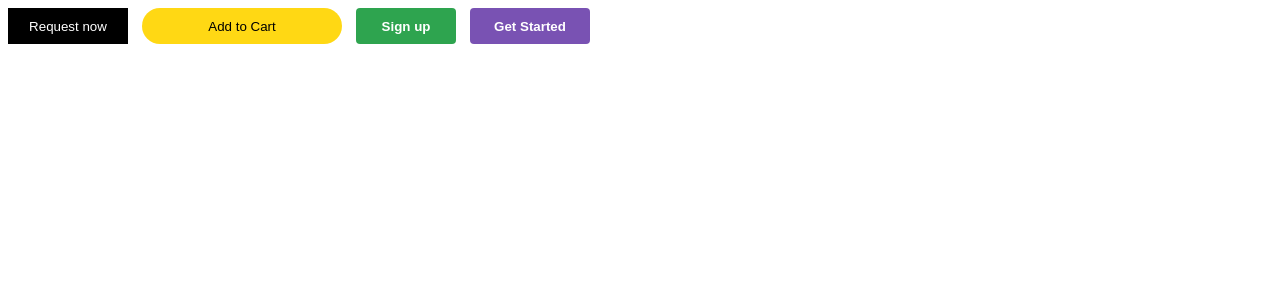
Repository: Kurumilli/Youtube
Page: Exercise2.html
These files come from the project's save history. The page is drawn as it stood at one moment and after the next save; the edit follows.
The browser window is 1280 px wide. The pictures show the whole page.

Above is the page before, as saved 2025-01-23 20:40:58.

### Exercise2.html
<html>
    <body>
        <style>
            .uber{
                background-color: black;
                color: white;
                height:36px;
                border: none;
                width: 120px;
                margin-bottom: 10px;
                cursor: pointer;
                margin-right: 10px;
            }

            .amazon{
                background-color: rgb(255,216,20);
                height: 36px;
                width: 200px;
                border-radius: 18px;
                border: none;
                cursor: pointer;
                margin-right: 10px;
            }

            .Github{
                background-color: rgb(46,164,79);
                color: White;
                border: none;
                height: 36px;
                width: 100px;
                cursor: pointer;
                border-radius: 4px;
                font-weight: bold;
                margin-right: 10px;
            }

            .bootstrap{
                background-color: rgb(121,82,179);
                color: white;
                height: 36px;
                width: 120px;
                border: none;
                cursor: pointer;
                font-weight: bold;
                border-radius: 4px;
            }
        </style>

        <button class="uber">
                Request now
        </button>

        <button class="amazon">
            Add to Cart
        </button>

        <button class="Github">
            Sign up
        </button>

        <button class="bootstrap">
            Get Started
        </button>

    </body>
</html>

After the next save:
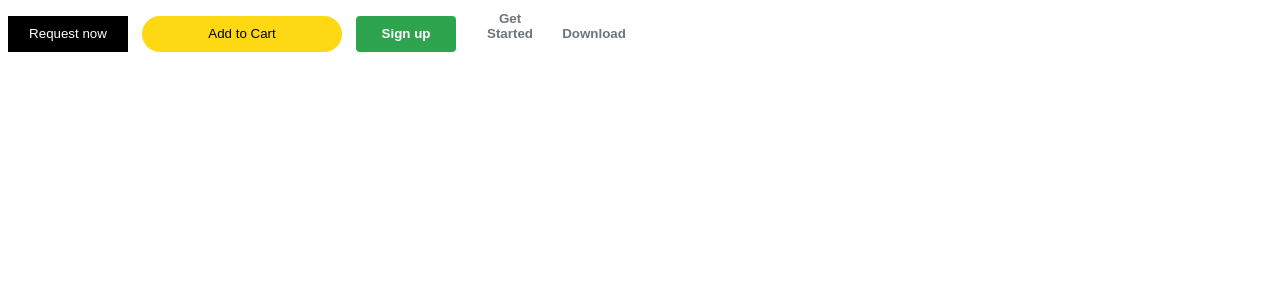
Saved 2 min 32 s later.
--- a/Exercise2.html
+++ b/Exercise2.html
@@ -44,6 +44,17 @@
                 font-weight: bold;
                 border-radius: 4px;
             }
+
+            .Bootstrap{
+                color: rgb(108,117,125);
+                background-color: white;
+                height: 36px;
+                width: 80px;
+                cursor: pointer;
+                border-radius: 4px;
+                border-width: 1px;
+
+            }
         </style>
 
         <button class="uber">
@@ -62,5 +73,9 @@
             Get Started
         </button>
 
+
+        <button class="Bootstrap">
+            Download
+        </button>
     </body>
 </html>
